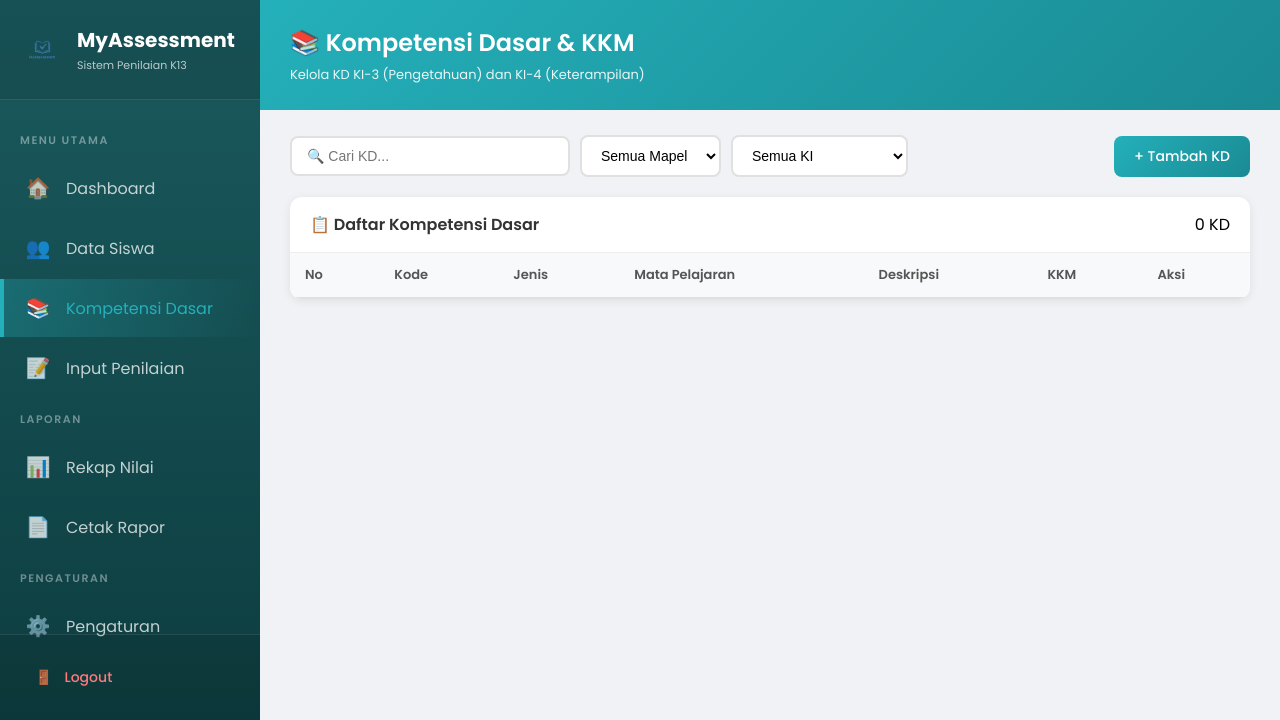
Repository: Ws529/MyAssassment_Final
Page: MyAssessment/wwwroot/kompetensi.html
An editor plug-in stored every save of this project. The page is shown before and after the next save, followed by the edit.
The browser window is 1280 px wide. The pictures show the whole page.
The page's requests for data from a server got no answer.

Above is the page before, as saved 2026-01-01 16:18:22.

### MyAssessment/wwwroot/kompetensi.html
<!DOCTYPE html>
<html lang="id">
<head>
    <meta charset="utf-8" />
    <meta name="viewport" content="width=device-width, initial-scale=1.0" />
    <title>Kompetensi Dasar - My Assessment</title>
    <link href="https://fonts.googleapis.com/css2?family=Poppins:wght@300;400;500;600;700&display=swap" rel="stylesheet">
    <style>
        * { margin: 0; padding: 0; box-sizing: border-box; }
        body { font-family: 'Poppins', sans-serif; background: #f0f2f5; }
        .app-container { display: flex; min-height: 100vh; }

        /* Sidebar - Teal Theme */
        .sidebar { width: 260px; background: linear-gradient(180deg, #1a5a5e 0%, #0d3d40 100%); color: white; position: fixed; height: 100vh; overflow-y: auto; z-index: 100; }
        .sidebar-header { padding: 25px 20px; display: flex; align-items: center; gap: 12px; border-bottom: 1px solid rgba(255,255,255,0.1); background: rgba(0,0,0,0.1); }
        .sidebar-header img { width: 45px; height: 45px; border-radius: 10px; }
        .sidebar-header h2 { font-size: 20px; font-weight: 700; }
        .sidebar-header span { font-size: 11px; opacity: 0.7; display: block; margin-top: 2px; }
        .sidebar-menu { padding: 20px 0; }
        .menu-label { padding: 12px 20px 8px; font-size: 11px; text-transform: uppercase; color: rgba(255,255,255,0.4); letter-spacing: 1.5px; font-weight: 600; }
        .menu-item { display: flex; align-items: center; gap: 14px; padding: 14px 20px; color: rgba(255,255,255,0.75); text-decoration: none; transition: all 0.3s; border-left: 4px solid transparent; margin: 2px 0; }
        .menu-item:hover { background: rgba(36, 176, 186, 0.15); color: white; border-left-color: rgba(36, 176, 186, 0.5); }
        .menu-item.active { background: linear-gradient(90deg, rgba(36, 176, 186, 0.3) 0%, transparent 100%); border-left-color: #24b0ba; color: #24b0ba; }
        .menu-item .icon { font-size: 20px; width: 28px; text-align: center; }
        .sidebar-footer { position: absolute; bottom: 0; width: 100%; padding: 20px; border-top: 1px solid rgba(255,255,255,0.1); background: rgba(0,0,0,0.1); }
        .logout-btn { display: flex; align-items: center; gap: 12px; color: #ff7b7b; text-decoration: none; font-size: 14px; font-weight: 500; padding: 12px 15px; border-radius: 10px; transition: background 0.3s; }
        .logout-btn:hover { background: rgba(255,107,107,0.15); }

        /* Main Content */
        .main-content { flex: 1; margin-left: 260px; min-height: 100vh; }
        .top-header { background: linear-gradient(135deg, #24b0ba, #1a8a93); color: white; padding: 25px 30px; }
        .page-title h1 { font-size: 24px; font-weight: 600; display: flex; align-items: center; gap: 10px; }
        .page-title p { font-size: 13px; opacity: 0.9; margin-top: 5px; }
        .content-area { padding: 25px 30px; }

        /* Action Bar */
        .action-bar { display: flex; justify-content: space-between; align-items: center; margin-bottom: 20px; flex-wrap: wrap; gap: 15px; }
        .search-box { display: flex; gap: 10px; align-items: center; }
        .search-input { padding: 10px 15px; border: 2px solid #e0e0e0; border-radius: 8px; font-size: 14px; width: 280px; outline: none; }
        .search-input:focus { border-color: #24b0ba; }
        .filter-select { padding: 10px 15px; border: 2px solid #e0e0e0; border-radius: 8px; font-size: 14px; outline: none; background: white; }

        /* Cards */
        .card { background: white; border-radius: 12px; box-shadow: 0 2px 10px rgba(0,0,0,0.08); overflow: hidden; margin-bottom: 20px; }
        .card-header { padding: 15px 20px; border-bottom: 1px solid #eee; display: flex; justify-content: space-between; align-items: center; }
        .card-header h3 { font-size: 16px; font-weight: 600; color: #333; }
        .card-body { padding: 20px; }

        /* Form */
        .form-card { display: none; }
        .form-card.active { display: block; }
        .form-grid { display: grid; grid-template-columns: repeat(auto-fit, minmax(250px, 1fr)); gap: 15px; }
        .form-group label { display: block; font-size: 13px; font-weight: 500; color: #555; margin-bottom: 6px; }
        .form-control { width: 100%; padding: 10px 12px; border: 2px solid #e0e0e0; border-radius: 8px; font-size: 14px; outline: none; font-family: 'Poppins', sans-serif; }
        .form-control:focus { border-color: #24b0ba; }
        .form-actions { display: flex; gap: 10px; margin-top: 20px; padding-top: 15px; border-top: 1px solid #eee; }

        /* Table */
        .data-table { width: 100%; border-collapse: collapse; }
        .data-table th { background: #f8f9fa; padding: 12px 15px; text-align: left; font-size: 13px; font-weight: 600; color: #555; border-bottom: 2px solid #e0e0e0; }
        .data-table td { padding: 12px 15px; border-bottom: 1px solid #eee; font-size: 14px; color: #333; }
        .data-table tr:hover { background: #f8fffe; }

        /* Buttons */
        .btn { padding: 10px 20px; border: none; border-radius: 8px; font-size: 14px; font-weight: 500; cursor: pointer; display: inline-flex; align-items: center; gap: 8px; transition: all 0.3s; font-family: 'Poppins', sans-serif; }
        .btn-primary { background: linear-gradient(135deg, #24b0ba, #1a8a93); color: white; }
        .btn-primary:hover { transform: translateY(-2px); box-shadow: 0 4px 15px rgba(36,176,186,0.4); }
        .btn-success { background: #28a745; color: white; }
        .btn-danger { background: #dc3545; color: white; }
        .btn-secondary { background: #6c757d; color: white; }
        .btn-sm { padding: 6px 12px; font-size: 12px; }
        .btn-outline { background: transparent; border: 2px solid #24b0ba; color: #24b0ba; }
        .btn-outline:hover { background: #24b0ba; color: white; }

        /* Badge */
        .badge { padding: 4px 10px; border-radius: 20px; font-size: 11px; font-weight: 600; }
        .badge-ki3 { background: #e3f2fd; color: #1976d2; }
        .badge-ki4 { background: #fce4ec; color: #c2185b; }

        /* Message */
        .message { padding: 12px 15px; border-radius: 8px; margin-bottom: 15px; display: none; font-size: 14px; }
        .message.success { background: #d4edda; color: #155724; display: block; }
        .message.error { background: #f8d7da; color: #721c24; display: block; }

        .empty-state { text-align: center; padding: 50px 20px; color: #888; }
        .empty-state .icon { font-size: 48px; margin-bottom: 15px; }

        @media (max-width: 992px) {
            .sidebar { width: 70px; }
            .sidebar-header h2, .sidebar-header span, .menu-label, .menu-item span { display: none; }
            .main-content { margin-left: 70px; }
        }
        @media (max-width: 768px) {
            .sidebar { display: none; }
            .main-content { margin-left: 0; }
        }
    </style>
</head>
<body>
    <div class="app-container">
        <!-- Sidebar -->
        <aside class="sidebar">
            <div class="sidebar-header">
                <img src="assets/img/logo.png" alt="Logo">
                <div><h2>MyAssessment</h2><span>Sistem Penilaian K13</span></div>
            </div>
            <nav class="sidebar-menu">
                <div class="menu-label">Menu Utama</div>
                <a href="index.html" class="menu-item"><span class="icon">🏠</span><span>Dashboard</span></a>
                <a href="siswa.html" class="menu-item"><span class="icon">👥</span><span>Data Siswa</span></a>
                <a href="kompetensi.html" class="menu-item active"><span class="icon">📚</span><span>Kompetensi Dasar</span></a>
                <a href="penilaian.html" class="menu-item"><span class="icon">📝</span><span>Input Penilaian</span></a>
                <div class="menu-label">Laporan</div>
                <a href="penilaian.html" class="menu-item"><span class="icon">📊</span><span>Rekap Nilai</span></a>
                <a href="penilaian.html" class="menu-item"><span class="icon">📄</span><span>Cetak Rapor</span></a>
                <div class="menu-label">Pengaturan</div>
                <a href="pengaturan.html" class="menu-item"><span class="icon">⚙️</span><span>Pengaturan</span></a>
            </nav>
            <div class="sidebar-footer">
                <a href="login.html" class="logout-btn" onclick="logout()"><span>🚪</span><span>Logout</span></a>
            </div>
        </aside>

        <!-- Main Content -->
        <main class="main-content">
            <div class="top-header">
                <div class="page-title">
                    <h1>📚 Kompetensi Dasar & KKM</h1>
                    <p>Kelola KD KI-3 (Pengetahuan) dan KI-4 (Keterampilan)</p>
                </div>
            </div>

            <div class="content-area">
                <div class="message" id="message"></div>

                <div class="action-bar">
                    <div class="search-box">
                        <input type="text" class="search-input" id="searchInput" placeholder="🔍 Cari KD..." onkeyup="searchKD()">
                        <select class="filter-select" id="filterMapel" onchange="filterKD()">
                            <option value="">Semua Mapel</option>
                        </select>
                        <select class="filter-select" id="filterKI" onchange="filterKD()">
                            <option value="">Semua KI</option>
                            <option value="KI-3">KI-3 (Pengetahuan)</option>
                            <option value="KI-4">KI-4 (Keterampilan)</option>
                        </select>
                    </div>
                    <div>
                        <button class="btn btn-primary" onclick="showForm()">+ Tambah KD</button>
                    </div>
                </div>

                <!-- Form Card -->
                <div class="card form-card" id="formCard">
                    <div class="card-header">
                        <h3 id="formTitle">➕ Tambah Kompetensi Dasar</h3>
                        <button class="btn btn-sm btn-secondary" onclick="hideForm()">✕ Tutup</button>
                    </div>
                    <div class="card-body">
                        <div class="form-grid">
                            <div class="form-group">
                                <label>Kode KD</label>
                                <input type="text" class="form-control" id="kodeKD" placeholder="Contoh: 3.1">
                            </div>
                            <div class="form-group">
                                <label>Jenis KI</label>
                                <select class="form-control" id="jenisKI">
                                    <option value="">Pilih Jenis KI</option>
                                    <option value="KI-3">KI-3 (Pengetahuan)</option>
                                    <option value="KI-4">KI-4 (Keterampilan)</option>
                                </select>
                            </div>
                            <div class="form-group">
                                <label>Mata Pelajaran</label>
                                <select class="form-control" id="mapel">
                                    <option value="">Pilih Mata Pelajaran</option>
                                </select>
                            </div>
                            <div class="form-group">
                                <label>KKM</label>
                                <input type="number" class="form-control" id="kkm" placeholder="75" min="0" max="100">
                            </div>
                        </div>
                        <div class="form-group" style="margin-top: 15px;">
                            <label>Deskripsi KD</label>
                            <textarea class="form-control" id="deskripsi" rows="3" placeholder="Masukkan deskripsi kompetensi dasar"></textarea>
                        </div>
                        <div class="form-actions">
                            <button class="btn btn-primary" onclick="saveKD()">💾 Simpan</button>
                            <button class="btn btn-secondary" onclick="hideForm()">Batal</button>
                        </div>
                    </div>
                </div>

                <!-- Data Table -->
                <div class="card">
                    <div class="card-header">
                        <h3>📋 Daftar Kompetensi Dasar</h3>
                        <span id="totalCount">0 KD</span>
                    </div>
                    <div class="card-body" style="padding: 0;">
                        <table class="data-table">
                            <thead>
                                <tr>
                                    <th>No</th>
                                    <th>Kode</th>
                                    <th>Jenis</th>
                                    <th>Mata Pelajaran</th>
                                    <th>Deskripsi</th>
                                    <th>KKM</th>
                                    <th>Aksi</th>
                                </tr>
                            </thead>
                            <tbody id="kdBody"></tbody>
                        </table>
                    </div>
                </div>
            </div>
        </main>
    </div>

    <script>
        const API_URL = '/api';
        let kdList = [];
        let mapelList = [];
        let editingId = null;

        document.addEventListener('DOMContentLoaded', function() {
            loadMapelOptions();
            loadKD();
        });

        async function loadMapelOptions() {
            try {
                const res = await fetch(`${API_URL}/mapel`);
                mapelList = await res.json();
                const filterMapel = document.getElementById('filterMapel');
                const formMapel = document.getElementById('mapel');
                filterMapel.innerHTML = '<option value="">Semua Mapel</option>';
                formMapel.innerHTML = '<option value="">Pilih Mata Pelajaran</option>';
                mapelList.forEach(m => {
                    filterMapel.innerHTML += `<option value="${m.nama}">${m.nama}</option>`;
                    formMapel.innerHTML += `<option value="${m.nama}">${m.nama}</option>`;
                });
            } catch (err) { console.error(err); }
        }

        async function loadKD() {
            try {
                const res = await fetch(`${API_URL}/kompetensi`);
                kdList = await res.json();
                renderKD();
            } catch (err) { showMessage('Gagal memuat data', 'error'); }
        }

        function renderKD(data = kdList) {
            const tbody = document.getElementById('kdBody');
            document.getElementById('totalCount').textContent = `${data.length} KD`;

            if (data.length === 0) {
                tbody.innerHTML = `<tr><td colspan="7"><div class="empty-state"><div class="icon">📚</div><h4>Belum ada data KD</h4></div></td></tr>`;
                return;
            }

            tbody.innerHTML = data.map((kd, i) => `
                <tr>
                    <td>${i + 1}</td>
                    <td><strong>${kd.kodeKD}</strong></td>
                    <td><span class="badge ${kd.jenisKI === 'KI-3' ? 'badge-ki3' : 'badge-ki4'}">${kd.jenisKI}</span></td>
                    <td>${kd.mapel}</td>
                    <td>${kd.deskripsi ? kd.deskripsi.substring(0, 50) + '...' : '-'}</td>
                    <td><strong>${kd.kkm}</strong></td>
                    <td>
                        <button class="btn btn-sm btn-success" onclick="editKD('${kd.id}')">✏️</button>
                        <button class="btn btn-sm btn-danger" onclick="deleteKD('${kd.id}')">🗑️</button>
                    </td>
                </tr>
            `).join('');
        }

        function showForm() {
            document.getElementById('formCard').classList.add('active');
            document.getElementById('formTitle').textContent = '➕ Tambah Kompetensi Dasar';
            clearForm();
            editingId = null;
        }

        function hideForm() {
            document.getElementById('formCard').classList.remove('active');
            clearForm();
        }

        function clearForm() {
            ['kodeKD', 'jenisKI', 'mapel', 'kkm', 'deskripsi'].forEach(id => document.getElementById(id).value = '');
        }

        async function saveKD() {
            const kd = {
                kodeKD: document.getElementById('kodeKD').value,
                jenisKI: document.getElementById('jenisKI').value,
                mapel: document.getElementById('mapel').value,
                kkm: parseInt(document.getElementById('kkm').value) || 75,
                deskripsi: document.getElementById('deskripsi').value
            };

            if (!kd.kodeKD || !kd.jenisKI || !kd.mapel) {
                showMessage('Mohon lengkapi Kode KD, Jenis KI, dan Mapel!', 'error');
                return;
            }

            try {
                const url = editingId ? `${API_URL}/kompetensi/${editingId}` : `${API_URL}/kompetensi`;
                const method = editingId ? 'PUT' : 'POST';
                const res = await fetch(url, { method, headers: { 'Content-Type': 'application/json' }, body: JSON.stringify(kd) });
                const result = await res.json();
                showMessage(result.message, 'success');
                hideForm();
                loadKD();
            } catch (err) { showMessage('Gagal menyimpan', 'error'); }
        }

        function editKD(id) {
            const kd = kdList.find(x => x.id === id);
            if (kd) {
                document.getElementById('kodeKD').value = kd.kodeKD;
                document.getElementById('jenisKI').value = kd.jenisKI;
                document.getElementById('mapel').value = kd.mapel;
                document.getElementById('kkm').value = kd.kkm;
                document.getElementById('deskripsi').value = kd.deskripsi || '';
                document.getElementById('formCard').classList.add('active');
                document.getElementById('formTitle').textContent = '✏️ Edit Kompetensi Dasar';
                editingId = id;
            }
        }

        async function deleteKD(id) {
            if (confirm('Yakin ingin menghapus KD ini?')) {
                try {
                    const res = await fetch(`${API_URL}/kompetensi/${id}`, { method: 'DELETE' });
                    const result = await res.json();
                    showMessage(result.message, 'success');
                    loadKD();
                } catch (err) { showMessage('Gagal menghapus', 'error'); }
            }
        }

        function searchKD() {
            const term = document.getElementById('searchInput').value.toLowerCase();
            renderKD(kdList.filter(kd => kd.kodeKD.toLowerCase().includes(term) || kd.deskripsi?.toLowerCase().includes(term)));
        }

        function filterKD() {
            const mapel = document.getElementById('filterMapel').value;
            const ki = document.getElementById('filterKI').value;
            let filtered = kdList;
            if (mapel) filtered = filtered.filter(kd => kd.mapel === mapel);
            if (ki) filtered = filtered.filter(kd => kd.jenisKI === ki);
            renderKD(filtered);
        }

        function showMessage(text, type) {
            const msg = document.getElementById('message');
            msg.textContent = text;
            msg.className = 'message ' + type;
            setTimeout(() => msg.className = 'message', 3000);
        }

        function logout() {
            localStorage.removeItem('userSession');
            sessionStorage.removeItem('userSession');
        }
    </script>
</body>
</html>

After the next save:
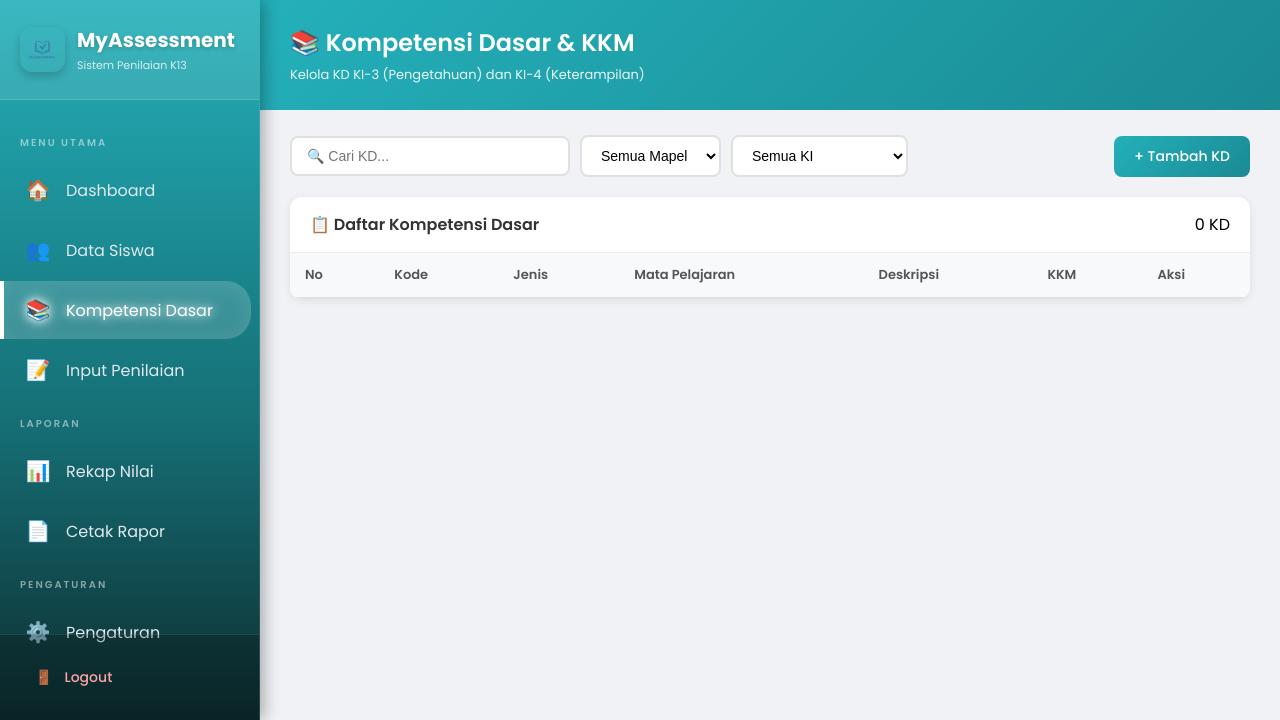
Saved 45 s later.
--- a/MyAssessment/wwwroot/kompetensi.html
+++ b/MyAssessment/wwwroot/kompetensi.html
@@ -10,21 +10,21 @@
         body { font-family: 'Poppins', sans-serif; background: #f0f2f5; }
         .app-container { display: flex; min-height: 100vh; }
 
-        /* Sidebar - Teal Theme */
-        .sidebar { width: 260px; background: linear-gradient(180deg, #1a5a5e 0%, #0d3d40 100%); color: white; position: fixed; height: 100vh; overflow-y: auto; z-index: 100; }
-        .sidebar-header { padding: 25px 20px; display: flex; align-items: center; gap: 12px; border-bottom: 1px solid rgba(255,255,255,0.1); background: rgba(0,0,0,0.1); }
-        .sidebar-header img { width: 45px; height: 45px; border-radius: 10px; }
-        .sidebar-header h2 { font-size: 20px; font-weight: 700; }
-        .sidebar-header span { font-size: 11px; opacity: 0.7; display: block; margin-top: 2px; }
+        /* Sidebar - Deep Ocean Drive Theme */
+        .sidebar { width: 260px; background: linear-gradient(180deg, #24b0ba 0%, #156d73 60%, #0d2c2e 100%); color: #e2e8f0; position: fixed; height: 100vh; overflow-y: auto; z-index: 100; border-right: 1px solid rgba(255, 255, 255, 0.1); box-shadow: 4px 0 15px rgba(0, 0, 0, 0.3); }
+        .sidebar-header { padding: 25px 20px; display: flex; align-items: center; gap: 12px; border-bottom: 1px solid rgba(255,255,255,0.15); background: rgba(255,255,255,0.1); }
+        .sidebar-header img { width: 45px; height: 45px; border-radius: 12px; box-shadow: 0 4px 10px rgba(0,0,0,0.2); }
+        .sidebar-header h2 { font-size: 20px; font-weight: 700; color: #fff; text-shadow: 0 2px 4px rgba(0,0,0,0.2); }
+        .sidebar-header span { font-size: 11px; color: rgba(255,255,255,0.8); display: block; margin-top: 2px; }
         .sidebar-menu { padding: 20px 0; }
-        .menu-label { padding: 12px 20px 8px; font-size: 11px; text-transform: uppercase; color: rgba(255,255,255,0.4); letter-spacing: 1.5px; font-weight: 600; }
-        .menu-item { display: flex; align-items: center; gap: 14px; padding: 14px 20px; color: rgba(255,255,255,0.75); text-decoration: none; transition: all 0.3s; border-left: 4px solid transparent; margin: 2px 0; }
-        .menu-item:hover { background: rgba(36, 176, 186, 0.15); color: white; border-left-color: rgba(36, 176, 186, 0.5); }
-        .menu-item.active { background: linear-gradient(90deg, rgba(36, 176, 186, 0.3) 0%, transparent 100%); border-left-color: #24b0ba; color: #24b0ba; }
+        .menu-label { padding: 15px 20px 8px; font-size: 10px; text-transform: uppercase; color: rgba(255,255,255,0.5); letter-spacing: 2px; font-weight: 600; }
+        .menu-item { display: flex; align-items: center; gap: 14px; padding: 14px 20px; color: #e2e8f0; text-decoration: none; transition: all 0.3s ease; border-left: 4px solid transparent; margin: 2px 8px 2px 0; border-radius: 0 25px 25px 0; }
+        .menu-item:hover { background: rgba(255, 255, 255, 0.1); color: #ffffff; border-left-color: rgba(255, 255, 255, 0.5); }
+        .menu-item.active { background: rgba(255, 255, 255, 0.15); border-left-color: #ffffff; color: #ffffff; text-shadow: 0 0 10px #ffffff, 0 0 20px rgba(255,255,255,0.5); box-shadow: inset 0 0 20px rgba(255,255,255,0.1); }
         .menu-item .icon { font-size: 20px; width: 28px; text-align: center; }
-        .sidebar-footer { position: absolute; bottom: 0; width: 100%; padding: 20px; border-top: 1px solid rgba(255,255,255,0.1); background: rgba(0,0,0,0.1); }
-        .logout-btn { display: flex; align-items: center; gap: 12px; color: #ff7b7b; text-decoration: none; font-size: 14px; font-weight: 500; padding: 12px 15px; border-radius: 10px; transition: background 0.3s; }
-        .logout-btn:hover { background: rgba(255,107,107,0.15); }
+        .sidebar-footer { position: absolute; bottom: 0; width: 100%; padding: 20px; border-top: 1px solid rgba(255,255,255,0.1); background: rgba(0,0,0,0.2); }
+        .logout-btn { display: flex; align-items: center; gap: 12px; color: #fca5a5; text-decoration: none; font-size: 14px; font-weight: 500; padding: 12px 15px; border-radius: 10px; transition: all 0.3s ease; }
+        .logout-btn:hover { background: rgba(255,100,100,0.2); color: #ff8a8a; text-shadow: 0 0 10px rgba(255,100,100,0.5); }
 
         /* Main Content */
         .main-content { flex: 1; margin-left: 260px; min-height: 100vh; }
